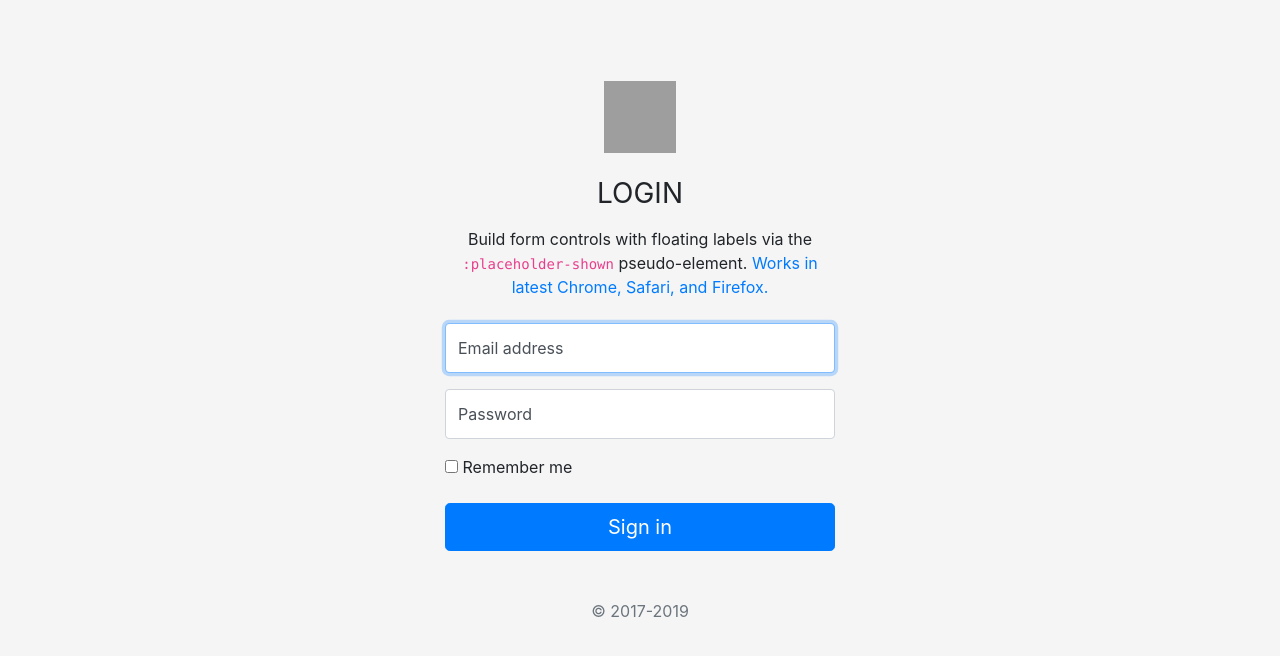
Repository: iamsamitdev/java_class_rd
Page: http://localhost/LoginWithJSP/
These files come from the project's save history. The page is drawn as it stood at one moment and after the next save; the edit follows.
The browser window is 1280 px wide. The pictures show the whole page.
Pictures or frames that could not be fetched are drawn as grey boxes. The page is served by Tomcat 9.

Above is the page before, as saved 2020-03-11 08:55:27.

### JSP/LoginWithJSP/WebContent/index.jsp
<%@ page language="java" contentType="text/html; charset=UTF-8"
	pageEncoding="UTF-8"%>
<!DOCTYPE html>
<html>
<head>
<meta charset="UTF-8">
<title>Login</title>
<link rel="stylesheet" type="text/css"	href="assets/bootstrap/css/bootstrap.min.css">
<style type="text/css">
	html,
body {
  height: 100%;
}

body {
  display: -ms-flexbox;
  display: flex;
  -ms-flex-align: center;
  align-items: center;
  padding-top: 40px;
  padding-bottom: 40px;
  background-color: #f5f5f5;
}

.form-signin {
  width: 100%;
  max-width: 420px;
  padding: 15px;
  margin: auto;
}

.form-label-group {
  position: relative;
  margin-bottom: 1rem;
}

.form-label-group > input,
.form-label-group > label {
  height: 3.125rem;
  padding: .75rem;
}

.form-label-group > label {
  position: absolute;
  top: 0;
  left: 0;
  display: block;
  width: 100%;
  margin-bottom: 0; /* Override default `<label>` margin */
  line-height: 1.5;
  color: #495057;
  pointer-events: none;
  cursor: text; /* Match the input under the label */
  border: 1px solid transparent;
  border-radius: .25rem;
  transition: all .1s ease-in-out;
}

.form-label-group input::-webkit-input-placeholder {
  color: transparent;
}

.form-label-group input:-ms-input-placeholder {
  color: transparent;
}

.form-label-group input::-ms-input-placeholder {
  color: transparent;
}

.form-label-group input::-moz-placeholder {
  color: transparent;
}

.form-label-group input::placeholder {
  color: transparent;
}

.form-label-group input:not(:placeholder-shown) {
  padding-top: 1.25rem;
  padding-bottom: .25rem;
}

.form-label-group input:not(:placeholder-shown) ~ label {
  padding-top: .25rem;
  padding-bottom: .25rem;
  font-size: 12px;
  color: #777;
}

/* Fallback for Edge
-------------------------------------------------- */
@supports (-ms-ime-align: auto) {
  .form-label-group > label {
    display: none;
  }
  .form-label-group input::-ms-input-placeholder {
    color: #777;
  }
}

/* Fallback for IE
-------------------------------------------------- */
@media all and (-ms-high-contrast: none), (-ms-high-contrast: active) {
  .form-label-group > label {
    display: none;
  }
  .form-label-group input:-ms-input-placeholder {
    color: #777;
  }
}
</style>
</head>
<body>
	<form class="form-signin">
		<div class="text-center mb-4">
			<img class="mb-4" src="/docs/4.4/assets/brand/bootstrap-solid.svg"
				alt="" width="72" height="72">
			<h1 class="h3 mb-3 font-weight-normal">LOGIN</h1>
			<p>
				Build form controls with floating labels via the
				<code>:placeholder-shown</code>
				pseudo-element. <a
					href="https://caniuse.com/#feat=css-placeholder-shown">Works in
					latest Chrome, Safari, and Firefox.</a>
			</p>
		</div>

		<div class="form-label-group">
			<input type="email" id="inputEmail" class="form-control"
				placeholder="Email address" required autofocus> <label
				for="inputEmail">Email address</label>
		</div>

		<div class="form-label-group">
			<input type="password" id="inputPassword" class="form-control"
				placeholder="Password" required> <label for="inputPassword">Password</label>
		</div>

		<div class="checkbox mb-3">
			<label> <input type="checkbox" value="remember-me">
				Remember me
			</label>
		</div>
		<button class="btn btn-lg btn-primary btn-block" type="submit">Sign
			in</button>
		<p class="mt-5 mb-3 text-muted text-center">&copy; 2017-2019</p>
	</form>
</body>
</html>

Loaded but not shown: JSP/LoginWithJSP/WebContent/assets/bootstrap/css/bootstrap.min.css (library)

After the next save:
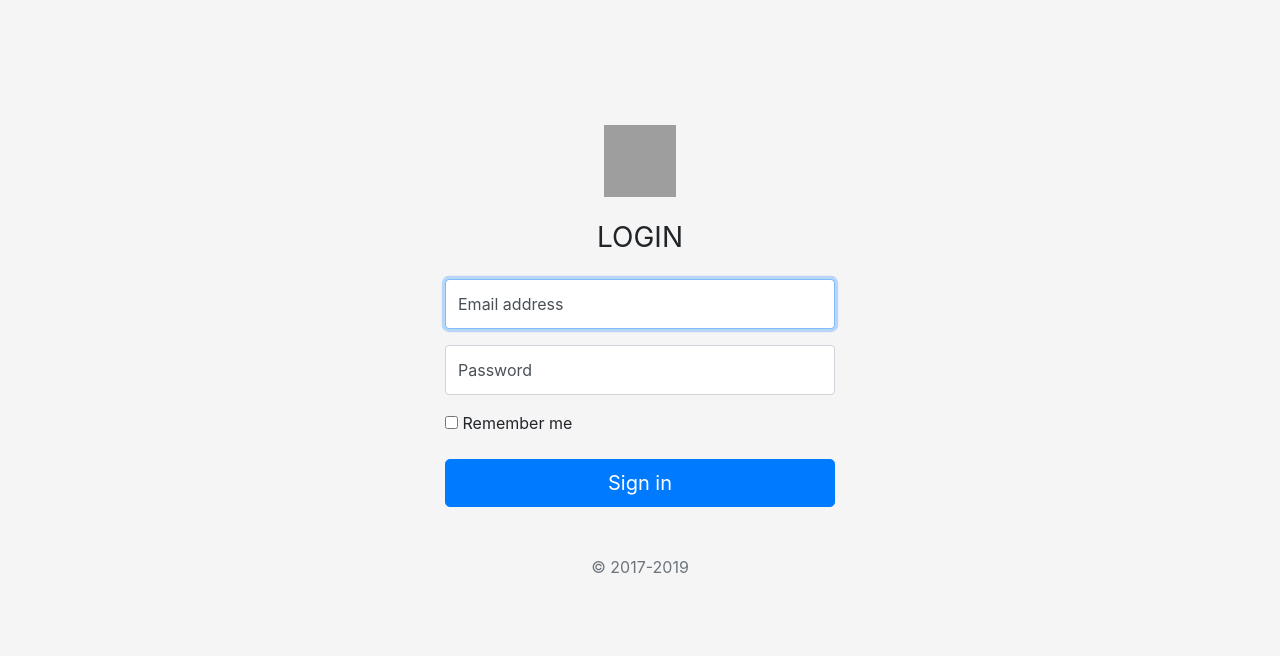
Saved 18 s later.
--- a/JSP/LoginWithJSP/WebContent/index.jsp
+++ b/JSP/LoginWithJSP/WebContent/index.jsp
@@ -117,13 +117,6 @@ body {
 			<img class="mb-4" src="/docs/4.4/assets/brand/bootstrap-solid.svg"
 				alt="" width="72" height="72">
 			<h1 class="h3 mb-3 font-weight-normal">LOGIN</h1>
-			<p>
-				Build form controls with floating labels via the
-				<code>:placeholder-shown</code>
-				pseudo-element. <a
-					href="https://caniuse.com/#feat=css-placeholder-shown">Works in
-					latest Chrome, Safari, and Firefox.</a>
-			</p>
 		</div>
 
 		<div class="form-label-group">
